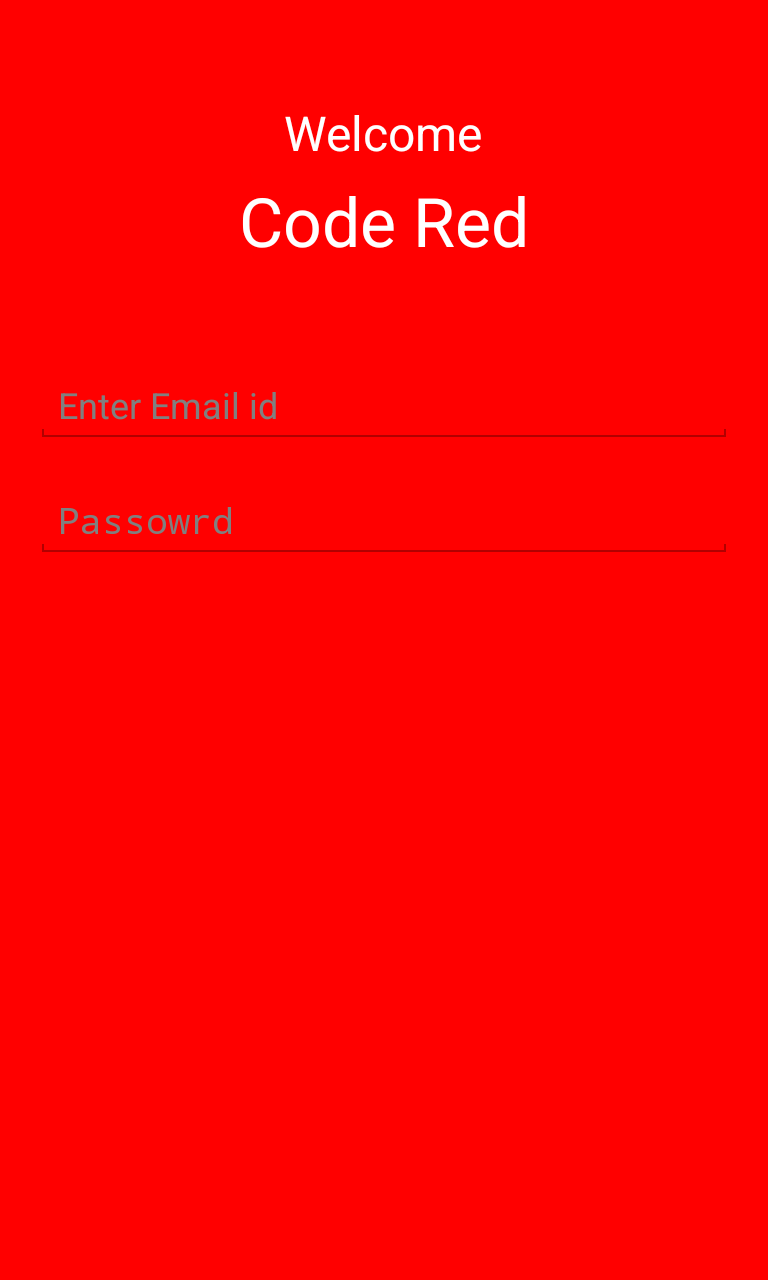
Repository: coderedteam/codered
Layout: AndroidSourceCode/CodeRed/res/layout/activity_login.xml
These files come from the project's save history. The layout is drawn as it stood at one moment and after the next save; the edit follows.
It is drawn on a 768 x 1280 px phone screen (xhdpi) without system bars, with theme AppTheme; the app's code is not run.

Above is the layout before, as saved 2014-11-27 07:33:21.

### AndroidSourceCode/CodeRed/res/layout/activity_login.xml
<LinearLayout xmlns:android="http://schemas.android.com/apk/res/android"
    xmlns:tools="http://schemas.android.com/tools"
    android:layout_width="match_parent"
    android:layout_height="match_parent"
    android:background="@color/red"
    android:orientation="vertical"
    tools:context="${relativePackage}.${activityClass}" >

    <LinearLayout
        android:layout_width="match_parent"
        android:layout_height="wrap_content"
        android:layout_marginBottom="50dip"
        android:gravity="top"
        android:orientation="vertical" >

        <TextView
            android:id="@+id/txtWelcome"
            android:layout_width="wrap_content"
            android:layout_height="wrap_content"
            android:layout_gravity="center_horizontal"
            android:layout_marginTop="50dip"
            android:text="@string/lblWelcome"
            android:textColor="@color/white"
            android:textSize="24sp" />

        <TextView
            android:id="@+id/txtMoonshot"
            android:layout_width="wrap_content"
            android:layout_height="wrap_content"
            android:layout_gravity="center_horizontal"
            android:layout_marginTop="5dip"
            android:text="@string/app_name"
            android:textColor="@color/white"
            android:textSize="34sp" />
    </LinearLayout>

    <LinearLayout
        android:id="@+id/layoutLogin"
        android:layout_width="match_parent"
        android:layout_height="wrap_content"
        android:layout_marginLeft="@dimen/login_container_screen_margin"
        android:layout_marginRight="@dimen/login_container_screen_margin"
        android:orientation="vertical" >

        <TextView
            android:id="@+id/lblEmail"
            android:paddingBottom="@dimen/margin_small_layout"
            android:text="@string/lblEmail" />

        <EditText
            android:id="@+id/txtUsername"
            android:layout_width="match_parent"
            android:layout_height="wrap_content"
            android:layout_marginBottom="@dimen/edit_view_gap_margin"
            android:hint="@string/txtDefaultEmail"
            android:inputType="textEmailAddress" >
        </EditText>

        <TextView
            android:id="@+id/lblPswd"
            android:paddingBottom="10dip"
            android:text="@string/lblPswd" />

        <EditText
            android:id="@+id/txtPassword"
            android:layout_width="match_parent"
            android:layout_height="wrap_content"
            android:hint="@string/txtDefaultPswd"
            android:inputType="textPassword" >
        </EditText>

        <TextView
            android:id="@+id/txtForgotPswd"
            android:layout_marginBottom="20dip"
            android:layout_marginTop="20dip" />

        <LinearLayout
            android:id="@+id/layoutButton"
            android:layout_width="match_parent"
            android:layout_height="wrap_content"
            android:orientation="vertical" >

            <Button
                android:id="@+id/btnSignIn"
                android:contentDescription="@string/txtBtnSignIn"
                android:text="@string/txtBtnSignIn" />

            <LinearLayout
                android:id="@+id/layoutSeperator"
                android:layout_width="match_parent"
                android:layout_height="wrap_content"
                android:layout_marginBottom="20dp"
                android:layout_marginTop="20dip"
                android:orientation="horizontal" >
            </LinearLayout>

            <Button
                android:id="@+id/btnNewAccount"
                android:contentDescription="@string/txtBtnCreateNewAccount"
                android:text="@string/txtBtnCreateNewAccount" />
        </LinearLayout>
    </LinearLayout>

</LinearLayout>

### AndroidSourceCode/CodeRed/res/values/colors.xml
<?xml version="1.0" encoding="utf-8"?>
<resources>

    <item name="blue" type="color">#0b2265</item>
    <item name="white" type="color">#FFFFFF</item>
    <item name="black" type="color">#000000</item>
    <item name="red" type="color">#FF0000</item>
    <item name="grey" type="color">#C0C0C0</item>
    <item name="transparent" type="color">#00000000</item>
    <item name="rowTextColor" type="color">#003478</item>
    <item name="btnBgColor" type="color">#b6bf00</item>
    <item name="tabBgColor" type="color">#bcdee3</item>
    <item name="darkAqua" type="color">#39919A</item>
    <item name="circle_inner_color" type="color">#0066a1</item>
    <item name="circle_outer_color" type="color">#9ACDD4</item>
    <item name="health_score_color" type="color">#252525</item>
    <item name="rowTextColorWithOpacity" type="color">#66003478</item>
    <item name="whiteWithOpacity" type="color">#77FFFFFF</item>
    <item name="whiteWithOpacity20" type="color">#33FFFFFF</item>
    <item name="navigationDrawerFontColor" type="color">#B3C8E6</item>
    <item name="bottom_bg_color" type="color">#53797d</item>

    <color name="manual_entry_circle_bg_blue">#0066A1</color>
    <color name="manual_entry_circle_bg_gray_transparent">#FFFFFF</color>

    <item name="redwithOpacity" type="color">#DDFFFFFF</item>

</resources>

### AndroidSourceCode/CodeRed/res/values/strings.xml
<?xml version="1.0" encoding="UTF-8" standalone="no"?>
<resources>

    <string name="app_name">Code Red</string>
    <string name="lblWelcome">Welcome</string>
    <string name="lblEmail">Email</string>
    <string name="txtDefaultEmail">Enter Email id</string>
    <string name="lblPswd">Passowrd</string>
    <string name="txtDefaultPswd">Passowrd</string>
    <string name="txtBtnSignIn">Sign In</string>
    <string name="txtBtnCreateNewAccount">Create new account</string>

</resources>

### AndroidSourceCode/CodeRed/res/values/dimen.xml
<?xml version="1.0" encoding="utf-8"?>
<resources>

    <dimen name="login_container_screen_margin">17dp</dimen>
    <dimen name="margin_small_layout">10dip</dimen>
    <dimen name="edit_view_gap_margin">18dp</dimen>
    <dimen name="edit_left_margin">70dp</dimen>
    <dimen name="edit_right_margin">70dp</dimen>
    <dimen name="edit_left_padding">40dp</dimen>
    <dimen name="edit_right_padding">10dp</dimen>
    <dimen name="edit_bottom_padding">5dp</dimen>
    <dimen name="edit_top_padding">5dp</dimen>
    <dimen name="edit_text_size">16sp</dimen>

</resources>

Loaded but not shown: AndroidSourceCode/CodeRed/res/values/styles.xml (common file); AndroidSourceCode/CodeRed/res/values-v11/styles.xml (common file); AndroidSourceCode/CodeRed/res/values-v14/styles.xml (common file)

After the next save:
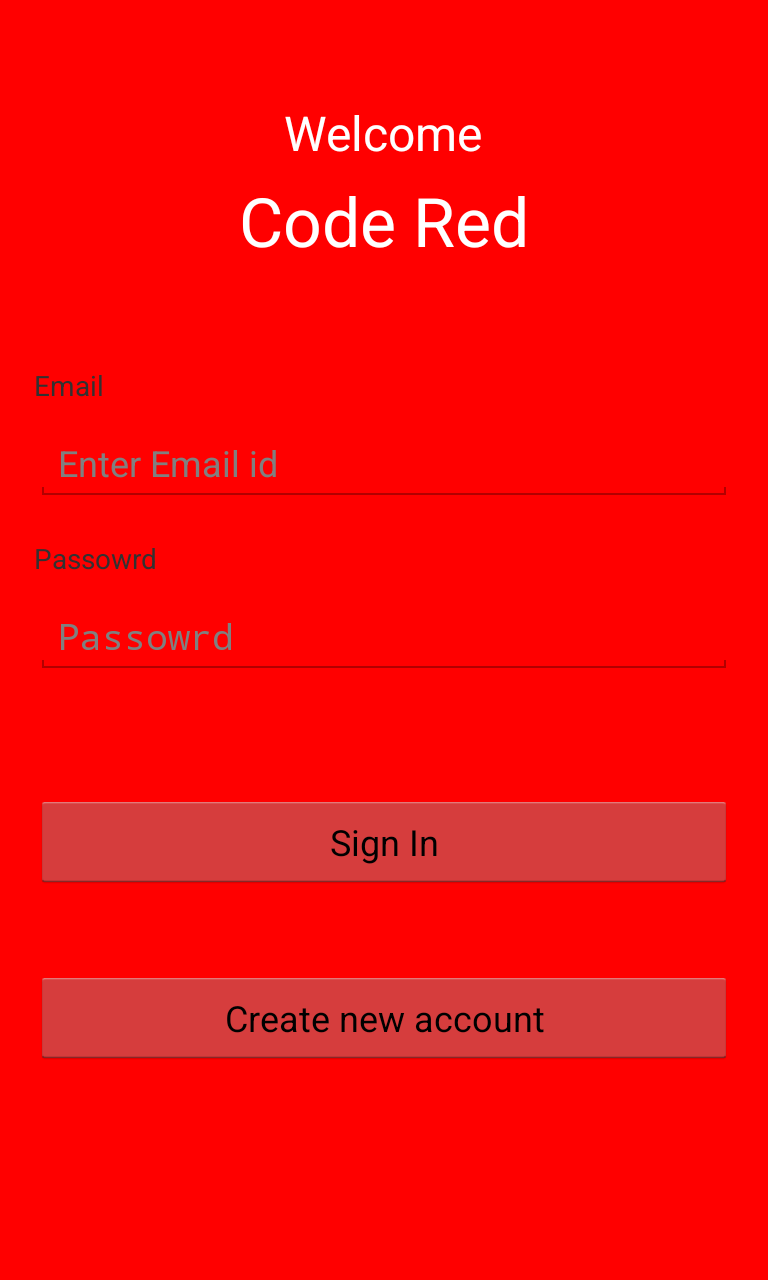
Saved 3 min 8 s later.
--- a/AndroidSourceCode/CodeRed/res/layout/activity_login.xml
+++ b/AndroidSourceCode/CodeRed/res/layout/activity_login.xml
@@ -44,6 +44,8 @@
 
         <TextView
             android:id="@+id/lblEmail"
+            android:layout_width="match_parent"
+            android:layout_height="wrap_content"
             android:paddingBottom="@dimen/margin_small_layout"
             android:text="@string/lblEmail" />
 
@@ -58,6 +60,8 @@
 
         <TextView
             android:id="@+id/lblPswd"
+            android:layout_width="match_parent"
+            android:layout_height="wrap_content"
             android:paddingBottom="10dip"
             android:text="@string/lblPswd" />
 
@@ -71,6 +75,8 @@
 
         <TextView
             android:id="@+id/txtForgotPswd"
+            android:layout_width="match_parent"
+            android:layout_height="wrap_content"
             android:layout_marginBottom="20dip"
             android:layout_marginTop="20dip" />
 
@@ -82,6 +88,8 @@
 
             <Button
                 android:id="@+id/btnSignIn"
+                android:layout_width="match_parent"
+                android:layout_height="wrap_content"
                 android:contentDescription="@string/txtBtnSignIn"
                 android:text="@string/txtBtnSignIn" />
 
@@ -96,6 +104,8 @@
 
             <Button
                 android:id="@+id/btnNewAccount"
+                android:layout_width="match_parent"
+                android:layout_height="wrap_content"
                 android:contentDescription="@string/txtBtnCreateNewAccount"
                 android:text="@string/txtBtnCreateNewAccount" />
         </LinearLayout>
